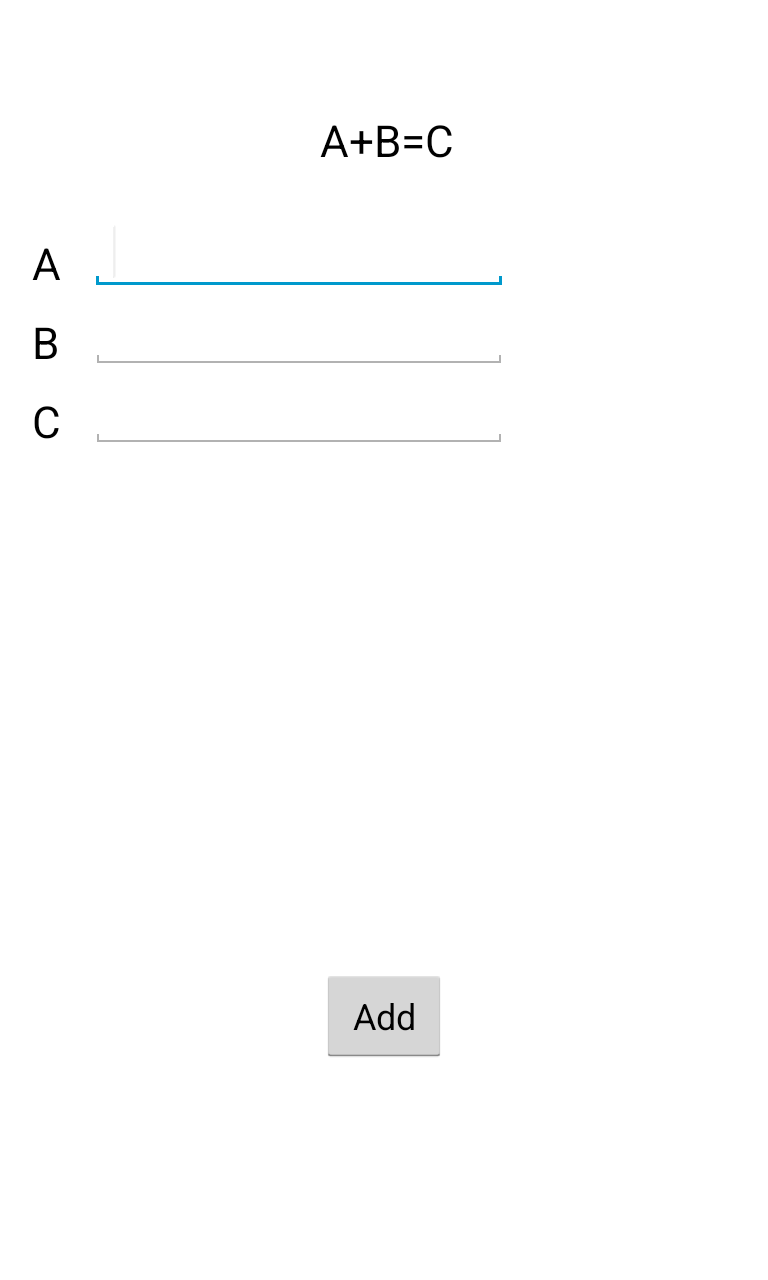
Repository: dtri123/Equation-Station
Layout: TheEquationStation/res/layout/addition_page.xml
The author's editor kept a copy of each file at every save. The layout is drawn from the files as they stood at one save, then again after the next save.
It is drawn on a 768 x 1280 px phone screen (xhdpi) without system bars, with theme AppTheme; the app's code is not run.

Above is the layout before, as saved 2013-07-17 18:06:32.

After the next save:
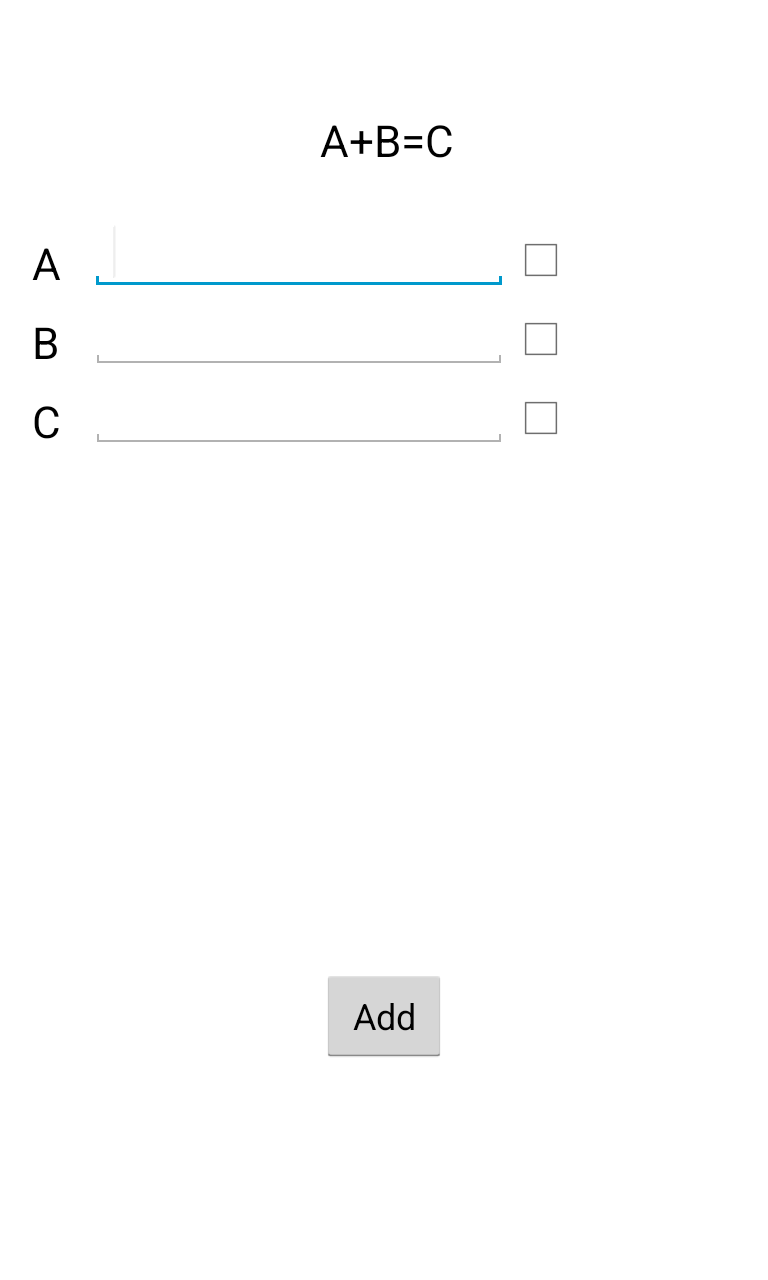
Saved 55 s later.
--- a/TheEquationStation/res/layout/addition_page.xml
+++ b/TheEquationStation/res/layout/addition_page.xml
@@ -96,4 +96,25 @@
         android:text="A"
         android:textAppearance="?android:attr/textAppearanceLarge" />
 
+    <CheckBox
+        android:id="@+id/checkBox1"
+        android:layout_width="wrap_content"
+        android:layout_height="wrap_content"
+        android:layout_alignBottom="@+id/editText1"
+        android:layout_toRightOf="@+id/editText1" />
+
+    <CheckBox
+        android:id="@+id/CheckBox01"
+        android:layout_width="wrap_content"
+        android:layout_height="wrap_content"
+        android:layout_alignBottom="@+id/editText2"
+        android:layout_toRightOf="@+id/editText2" />
+
+    <CheckBox
+        android:id="@+id/CheckBox02"
+        android:layout_width="wrap_content"
+        android:layout_height="wrap_content"
+        android:layout_alignBottom="@+id/editText3"
+        android:layout_toRightOf="@+id/editText3" />
+
 </RelativeLayout>
